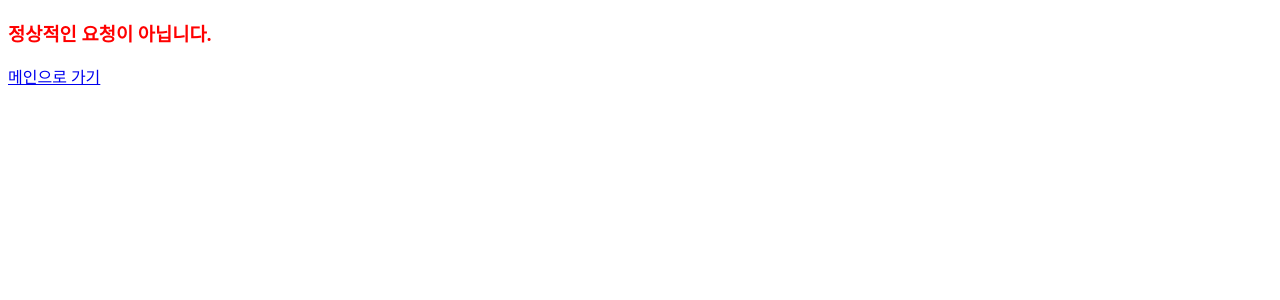
Repository: hyo-lang/java_ICT
Page: mvc1024/src/main/webapp/imsi.html
The author's editor kept a copy of each file at every save. The page is drawn from the files as they stood at one save, then again after the next save.
The browser window is 1280 px wide. The pictures show the whole page.

Above is the page before, as saved 2024-10-24 03:46:35.

After the next save:
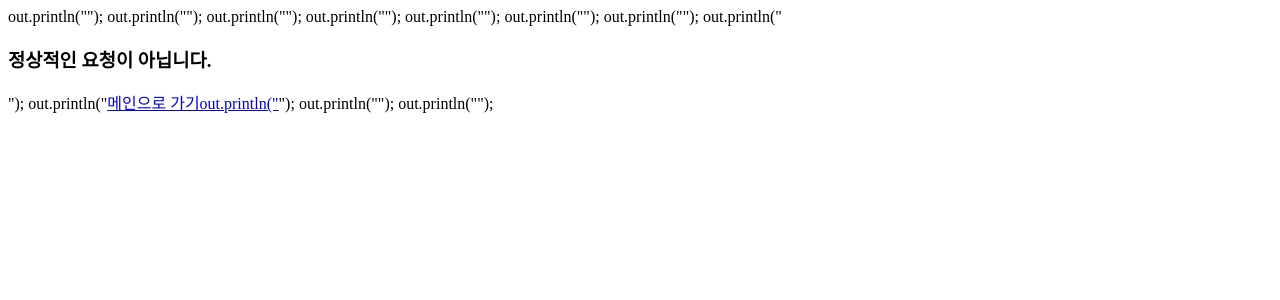
Saved 3 min 36 s later.
--- a/mvc1024/src/main/webapp/imsi.html
+++ b/mvc1024/src/main/webapp/imsi.html
@@ -1,11 +1,11 @@
-<!DOCTYPE html>
-<html>
-<head>
-<meta charset="EUC-KR">
-<title>Insert title here</title>
-</head>
-<body>
-	<h3 style="color: red">정상적인 요청이 아닙니다.</h3>
-	<a href="index.jsp">메인으로 가기</a>
-</body>
-</html>
+out.println("<!DOCTYPE html>");
+out.println("<html>");
+out.println("<head>");
+out.println("<meta charset="EUC-KR">");
+out.println("<title>");Insert title here("</title>");
+out.println("</head>");
+out.println("<body>");
+	out.println("<h3 style=\"color: red\">정상적인 요청이 아닙니다.</h3>");
+	out.println("<a href=\"index.jsp\">메인으로 가기out.println("</a>");
+out.println("</body>");
+out.println("</html>");
